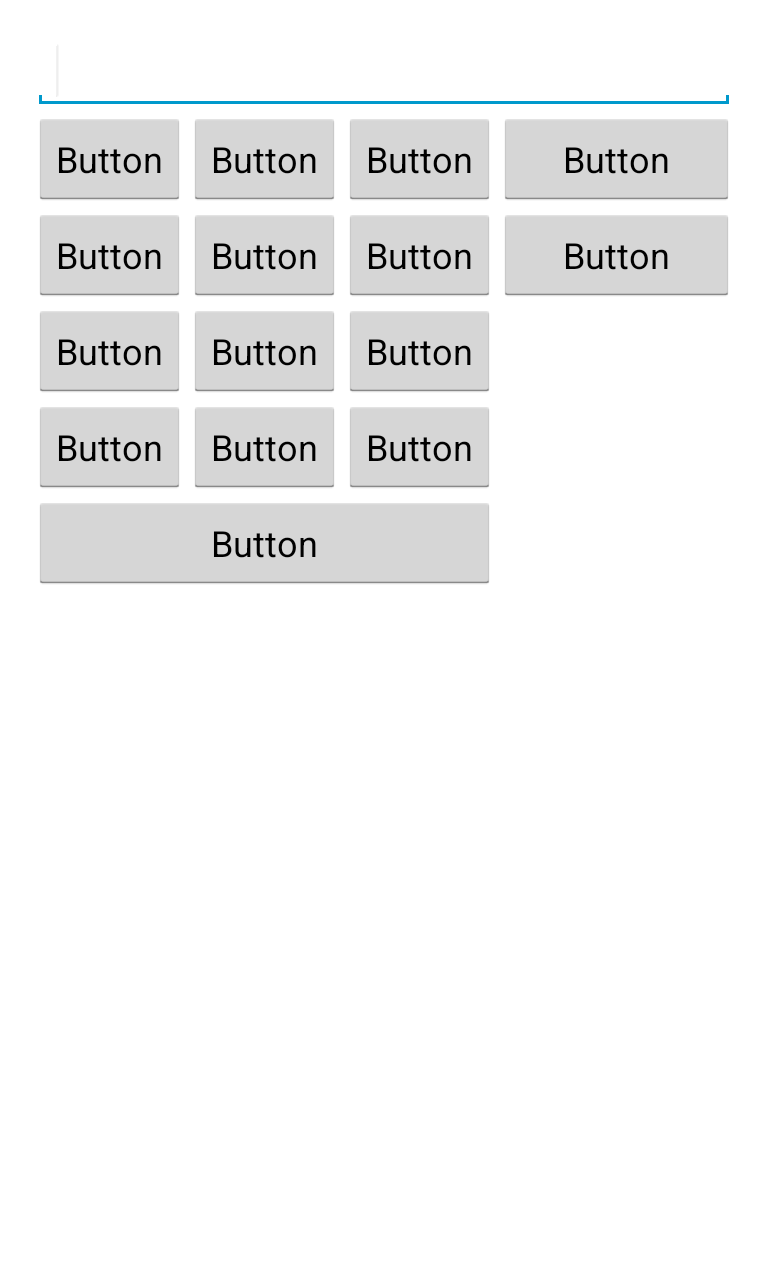
Repository: HGtz2222/LearningAndroid
Layout: test1/Calc/res/layout/activity_main.xml
An editor plug-in stored every save of this project. The layout is shown before and after the next save, followed by the edit.
It is drawn on a 768 x 1280 px phone screen (xhdpi) without system bars, with theme AppTheme; the app's code is not run.

Above is the layout before, as saved 2014-09-15 02:40:59.

After the next save:
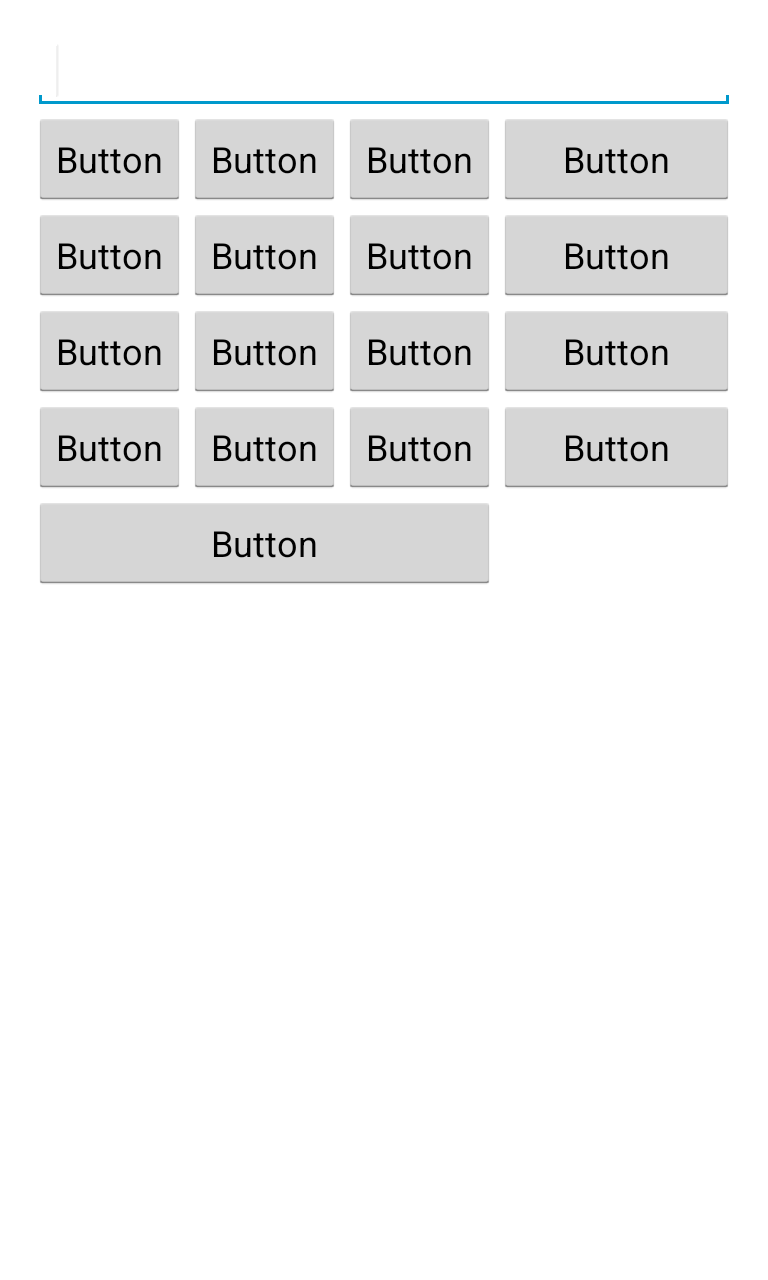
Saved 22 s later.
--- a/test1/Calc/res/layout/activity_main.xml
+++ b/test1/Calc/res/layout/activity_main.xml
@@ -153,6 +153,26 @@
             android:layout_alignTop="@+id/button6"
             android:text="Button" />
 
+        <Button
+            android:id="@+id/button15"
+            android:layout_width="wrap_content"
+            android:layout_height="wrap_content"
+            android:layout_alignBottom="@+id/button9"
+            android:layout_alignLeft="@+id/Button01"
+            android:layout_alignParentRight="true"
+            android:layout_below="@+id/button6"
+            android:text="Button" />
+
+        <Button
+            android:id="@+id/button16"
+            android:layout_width="wrap_content"
+            android:layout_height="wrap_content"
+            android:layout_alignBottom="@+id/button12"
+            android:layout_alignLeft="@+id/button15"
+            android:layout_alignParentRight="true"
+            android:layout_below="@+id/button9"
+            android:text="Button" />
+
     </RelativeLayout>
 
 </LinearLayout>
